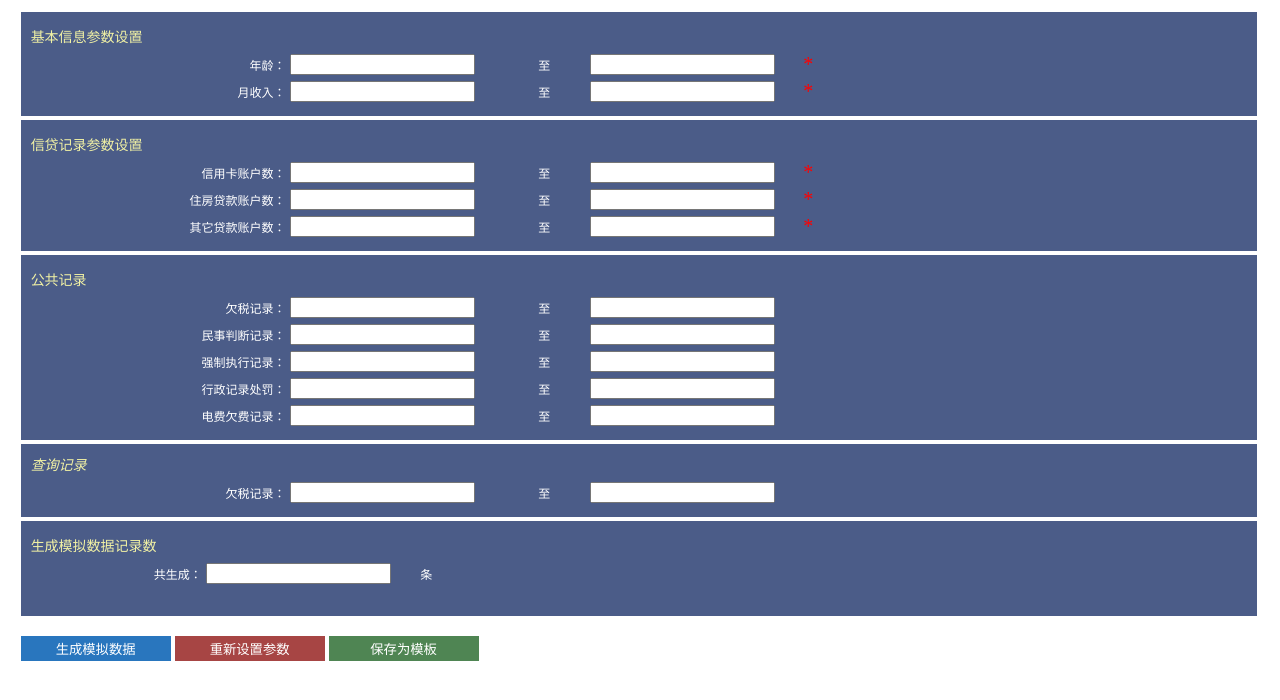
Repository: trieyouth/BigData
Page: http://localhost/BigData/WEB-INF/views/client-credit-analyse-system/data-collect/generateData.jsp
The author's editor kept a copy of each file at every save. The page is drawn from the files as they stood at one save, then again after the next save.
The browser window is 1280 px wide. The pictures show the whole page.
The page is served by Tomcat 9. Nobody is signed in. The template is opened directly, without the code that normally fills it, so the values that code supplies are empty.

Above is the page before, as saved 2016-03-06 16:35:15.

After the next save:
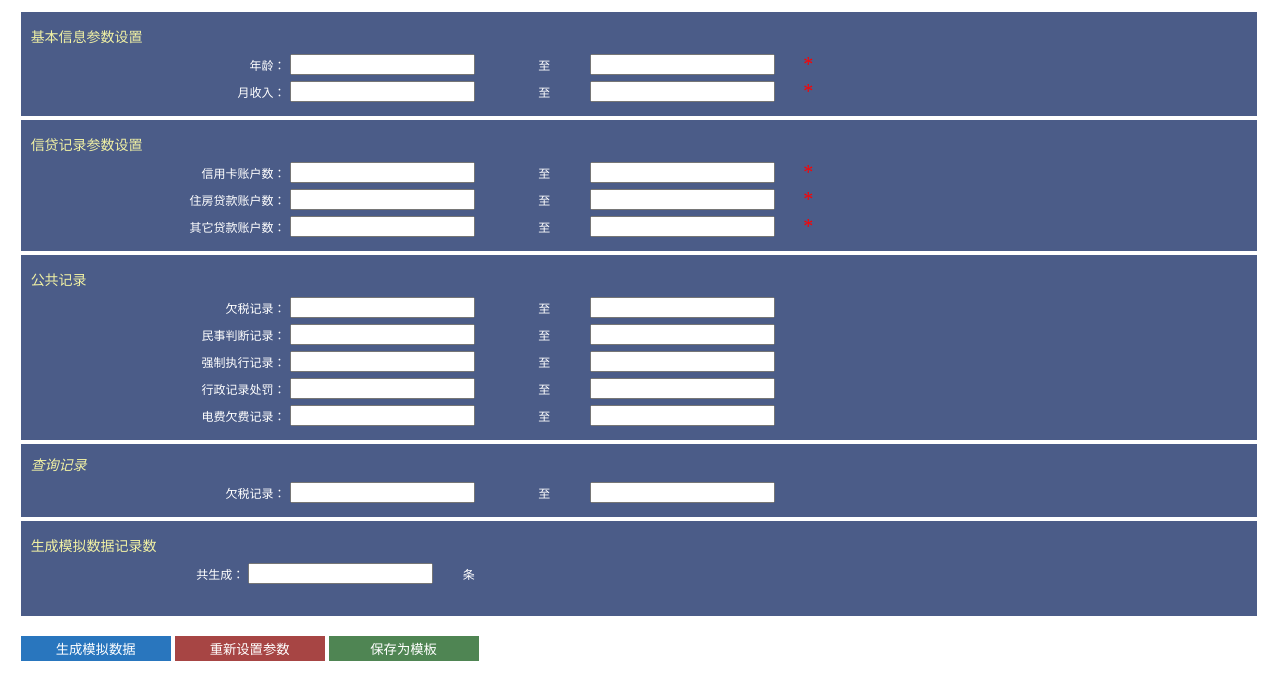
Saved 11 s later.
--- a/BigData/WebRoot/WEB-INF/views/client-credit-analyse-system/data-collect/generateData.jsp
+++ b/BigData/WebRoot/WEB-INF/views/client-credit-analyse-system/data-collect/generateData.jsp
@@ -193,10 +193,10 @@ String basePath = request.getScheme()+"://"+request.getServerName()+":"+request.
     <div style="height:4px; width:100%;"></div>
     <table frame="void" width = "70%" height="25" >
       <tr>
-        <td width="20%"  height="25"  style="text-align:right" ><label id="labelbody" > 共生成： </label></td>
+        <td width="25%"  height="25"  style="text-align:right" ><label id="labelbody" > 共生成： </label></td>
         <td width="25%"  height="25"  ><label id="labelbody" >
             <input  type="text" id="inputwidth" name="generateRecordNum" ></label></td>
-        <td width="55%"  height="25"    ><label id="labelbody" style="text-align:left"> 条</label></td>
+        <td width="50%"  height="25"    ><label id="labelbody" style="text-align:left"> 条</label></td>
       </tr>
     </table><br>
   </div>
